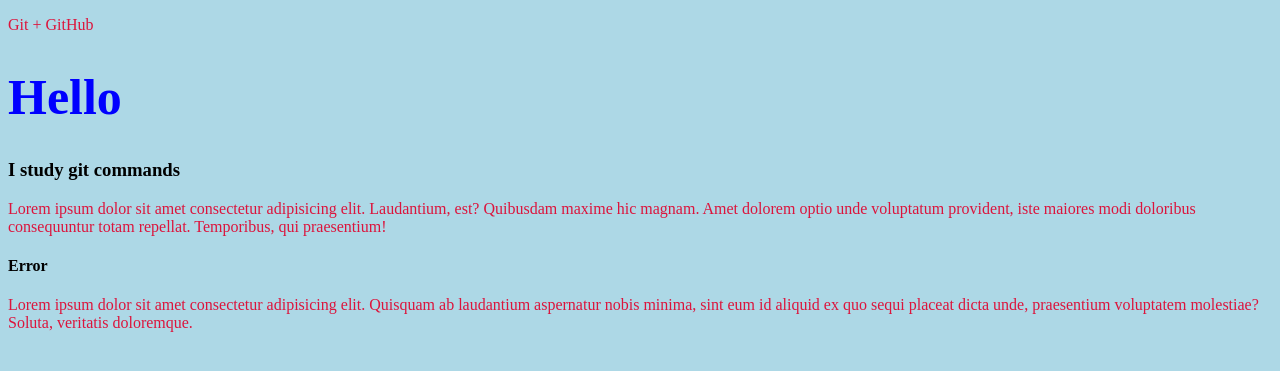
Repository: yshpishak/GitTest
Page: index.html
The author's editor kept a copy of each file at every save. The page is drawn from the files as they stood at one save, then again after the next save.
The browser window is 1280 px wide. The pictures show the whole page.

Above is the page before, as saved 2020-12-02 20:33:41.

After the next save:
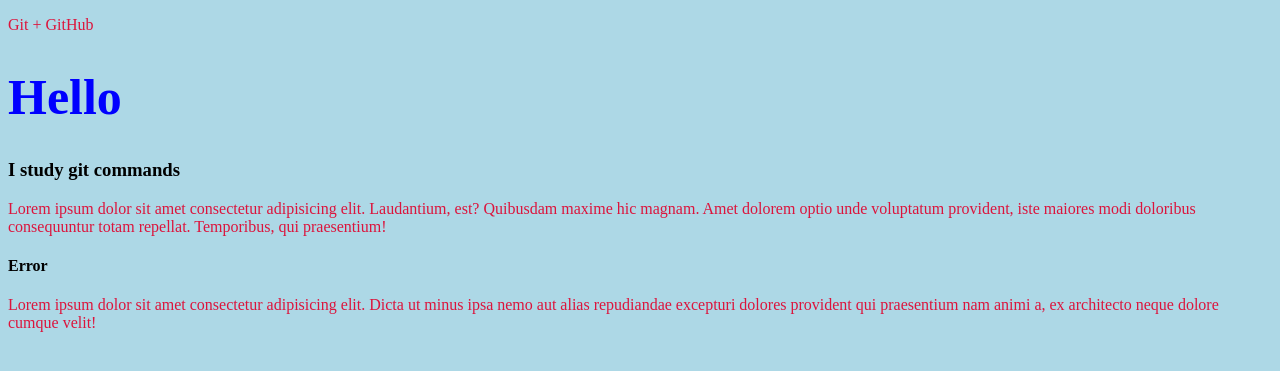
Saved 24 min 54 s later.
--- a/index.html
+++ b/index.html
@@ -11,6 +11,6 @@
     <h3>I study git commands</h3>
     <p>Lorem ipsum dolor sit amet consectetur adipisicing elit. Laudantium, est? Quibusdam maxime hic magnam. Amet dolorem optio unde voluptatum provident, iste maiores modi doloribus consequuntur totam repellat. Temporibus, qui praesentium!</p>
     <h4>Error</h4>
-    <p>Lorem ipsum dolor sit amet consectetur adipisicing elit. Quisquam ab laudantium aspernatur nobis minima, sint eum id aliquid ex quo sequi placeat dicta unde, praesentium voluptatem molestiae? Soluta, veritatis doloremque.</p>
+    <p>Lorem ipsum dolor sit amet consectetur adipisicing elit. Dicta ut minus ipsa nemo aut alias repudiandae excepturi dolores provident qui praesentium nam animi a, ex architecto neque dolore cumque velit!</p>
 </body>
 </html>
